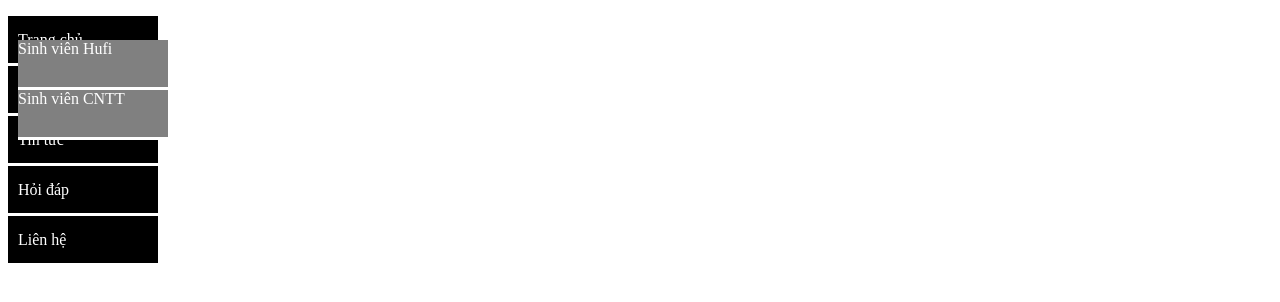
Repository: Tan-Khang21/TH_TKW--Buoi_08
Page: Bai_Tap_Tren_Lop/Bai_02_main/Bai_02_main.html
The author's editor kept a copy of each file at every save. The page is drawn from the files as they stood at one save, then again after the next save.
The browser window is 1280 px wide. The pictures show the whole page.

Above is the page before, as saved 2024-03-13 16:11:04.

### Bai_Tap_Tren_Lop/Bai_02_main/Bai_02_main.html
<!DOCTYPE html>
<html lang="en">
  <head>
    <meta charset="UTF-8" />
    <meta name="viewport" content="width=device-width, initial-scale=1.0" />
    <title>Document</title>
  </head>
  <link rel="stylesheet" href="style.css" />
  <body>
    <nav>
      <ul class="list1">
        <li class="list1_item"><a href="#">Trang chủ</a></li>
        <li style="display: flex" class="list1_item">
          <a href="#">Diễn đàn</a>
          <ul style="display: flex; flex-direction: column" class="list2">
            <li class="list2_item"><a href="#">Sinh viên Hufi</a></li>
            <li style="display: flex" class="list2_item">
              <a href="#"> Sinh viên CNTT</a>
              <!-- <ul style="display: flex; flex-direction: column" class="list3">
                <li class="list3_item"><a href="#">Khóa 09DHTH</a></li>
                <li class="list3_item"><a href="#">Khóa 10DHTH</a></li>
              </ul> -->
            </li>
          </ul>
        </li>
        <li style="display: flex" class="list1_item">
          <a href="#"> Tin tức</a>
          <!-- <ul style="display: flex; flex-direction: column" class="list2">
            <li class="list2_item"><a href="#">Học vụ</a></li>
            <li class="list2_item"><a href="#">Điểm rèn luyện</a></li>
            <li class="list2_item"><a href="#">Đoàn thể</a></li>
            <li class="list2_item"><a href="#">Sinh hoạt ngoại khóa</a></li>
          </ul> -->
        </li>
        <li class="list1_item">
          <a href="#"> Hỏi đáp</a>
        </li>

        <li class="list1_item">
          <a href="#">Liên hệ</a>
        </li>
      </ul>
    </nav>
  </body>
</html>

### Bai_Tap_Tren_Lop/Bai_02_main/style.css
* {
  box-sizing: border-box;
}
ul {
  padding: 0;
  list-style: none;
}
/* .list1 {
  width: 150px;
  height: 250px;
} */
.list1_item {
  background-color: black;
  width: 150px;
  height: 50px;
  padding: 10px;
  border-bottom: 3px solid #fff;
  display: flex;
  align-items: center;
}
.list2_item,
.list3_item {
  width: 150px;
  height: 50px;
  background-color: #808080;
  color: white;
  border-bottom: 3px solid #fff;
}
.list2,
.list3 {
  position: absolute;
}
a {
  color: white;
  text-decoration: none;
}
.list2 {
  position: absolute;
}

After the next save:
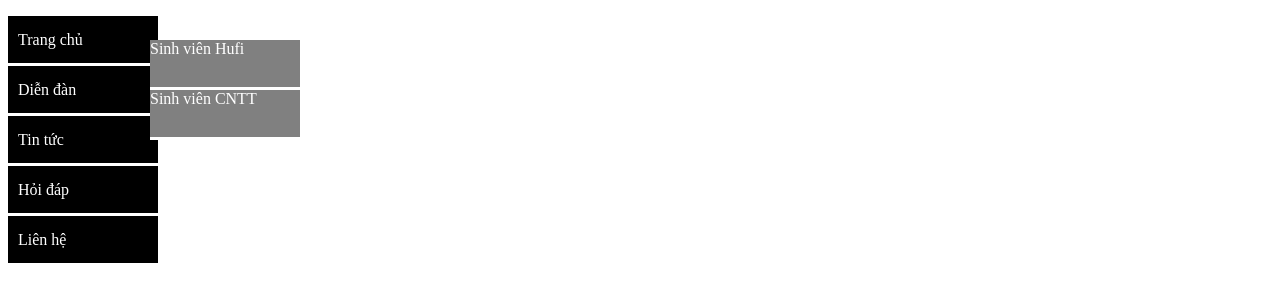
Saved 16 s later.
--- a/Bai_Tap_Tren_Lop/Bai_02_main/style.css
+++ b/Bai_Tap_Tren_Lop/Bai_02_main/style.css
@@ -29,6 +29,7 @@
 .list2,
 .list3 {
   position: absolute;
+  left: 150px;
 }
 a {
   color: white;
